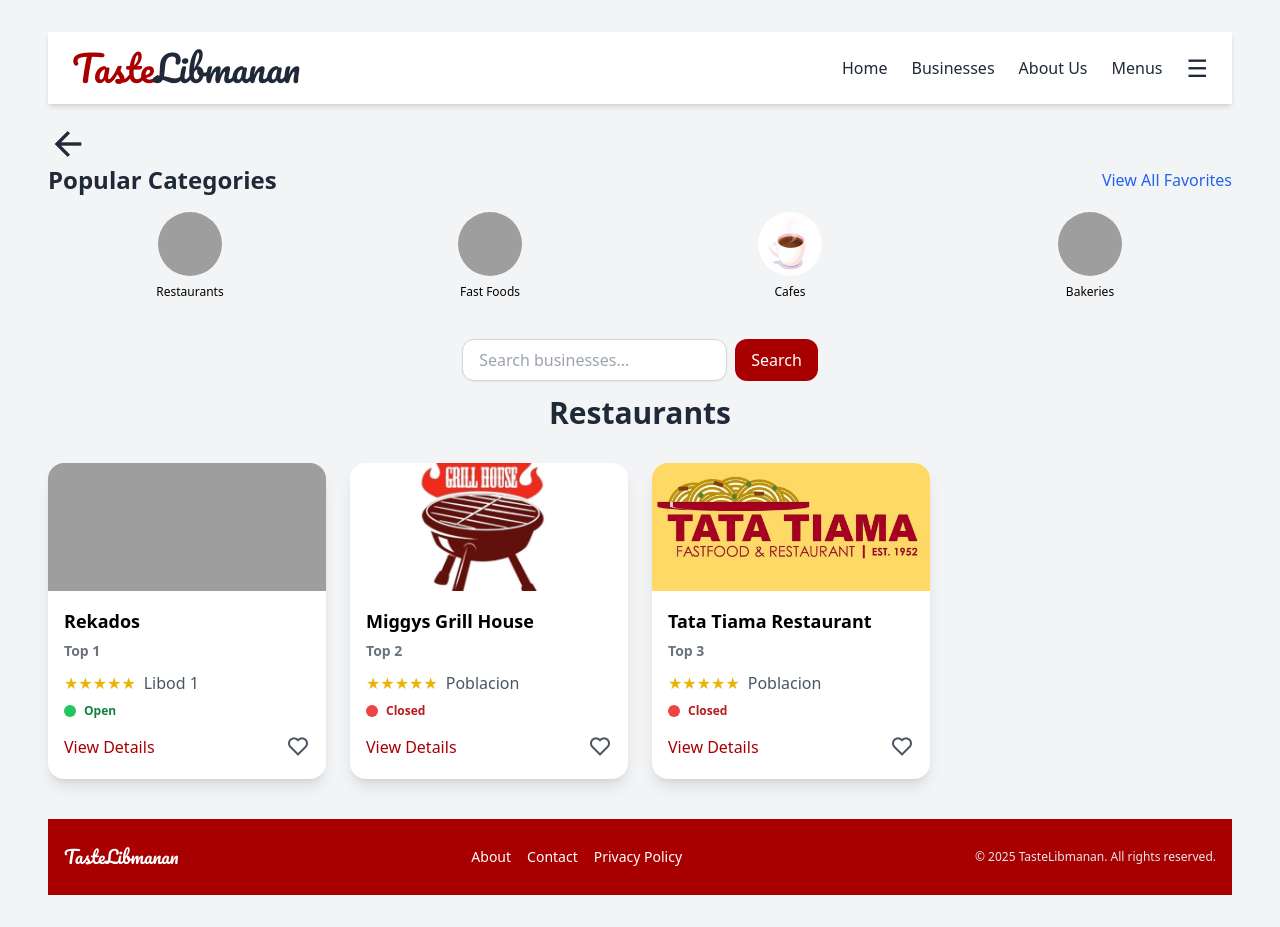
Repository: JomsCode21/Food-Mapping-and-Analytics
Page: http://localhost/tastelibmanan/fbusinessowner/categories.php?cat=restaurants
An editor plug-in stored every save of this project. The page is shown before and after the next save, followed by the edit.
The browser window is 1280 px wide. The pictures show the whole page.
Pictures or frames that could not be fetched are drawn as grey boxes. Some web libraries are served in a nearby version. The page is run by PHP 8.4 with error messages shown; the project is at /var/www/html/. The database holds what the project's SQL file puts in it.

Above is the page before, as saved 2025-08-05 18:46:06.
Console error: ReferenceError: categories is not defined

After the next save:
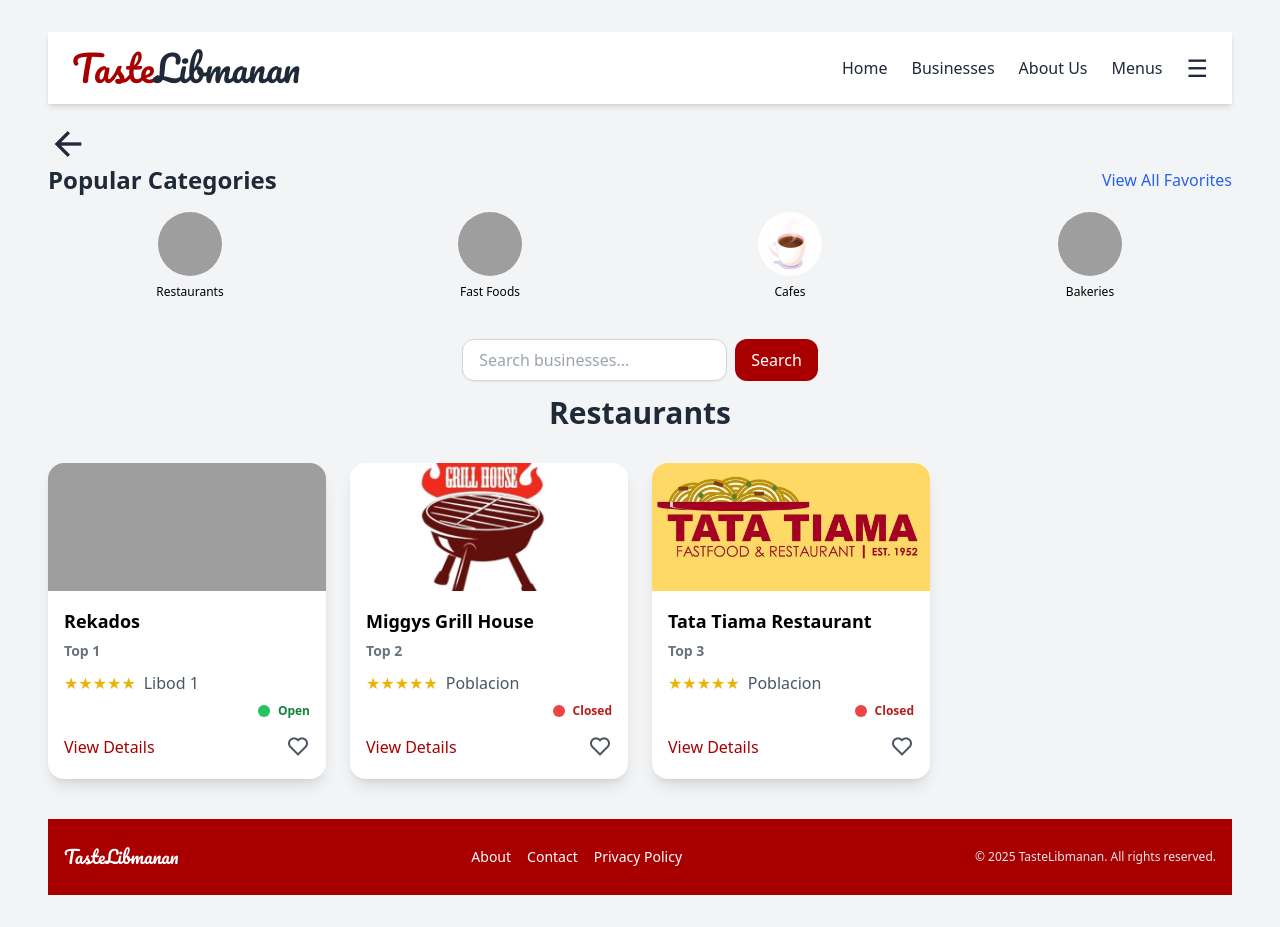
Saved 2 min 59 s later.
--- a/fbusinessowner/categories.php
+++ b/fbusinessowner/categories.php
@@ -318,8 +318,8 @@ $stmt->close();
       <span class="text-yellow-500">★★★★★</span>
       <span class="text-gray-600"><?php echo htmlspecialchars($biz['fb_address']); ?></span>
     </div>
-    <!-- ADD STATUS INDICATOR HERE -->
-    <div class="flex items-center space-x-2 mt-2">
+    <!-- STATUS INDICATOR  -->
+    <div class="flex items-center justify-end space-x-2 mt-2">
       <?php
         $is_open = strtolower($biz['fb_status']) === 'open';
         $circle_color = $is_open ? 'bg-green-500' : 'bg-red-500';
